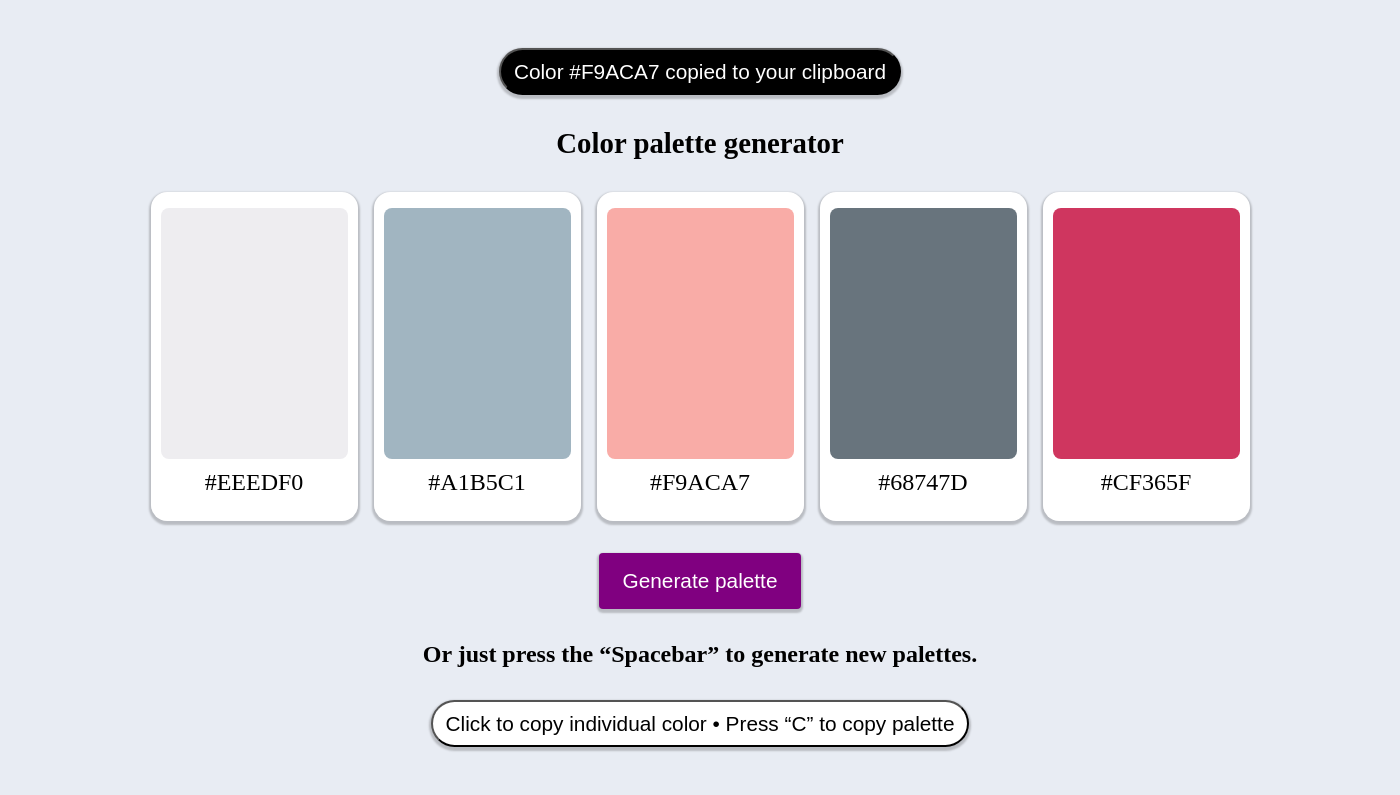
Repository: Hcmwebs/Color-Palette-Generator
Page: index.html
The author's editor kept a copy of each file at every save. The page is drawn from the files as they stood at one save, then again after the next save.
The browser window is 1280 px wide. The page is 1400 px wide, so the pictures cover 1400 px, including what lies to the right of the window. The pictures show the whole page.

Above is the page before, as saved 2020-08-09 00:44:05.

After the next save:
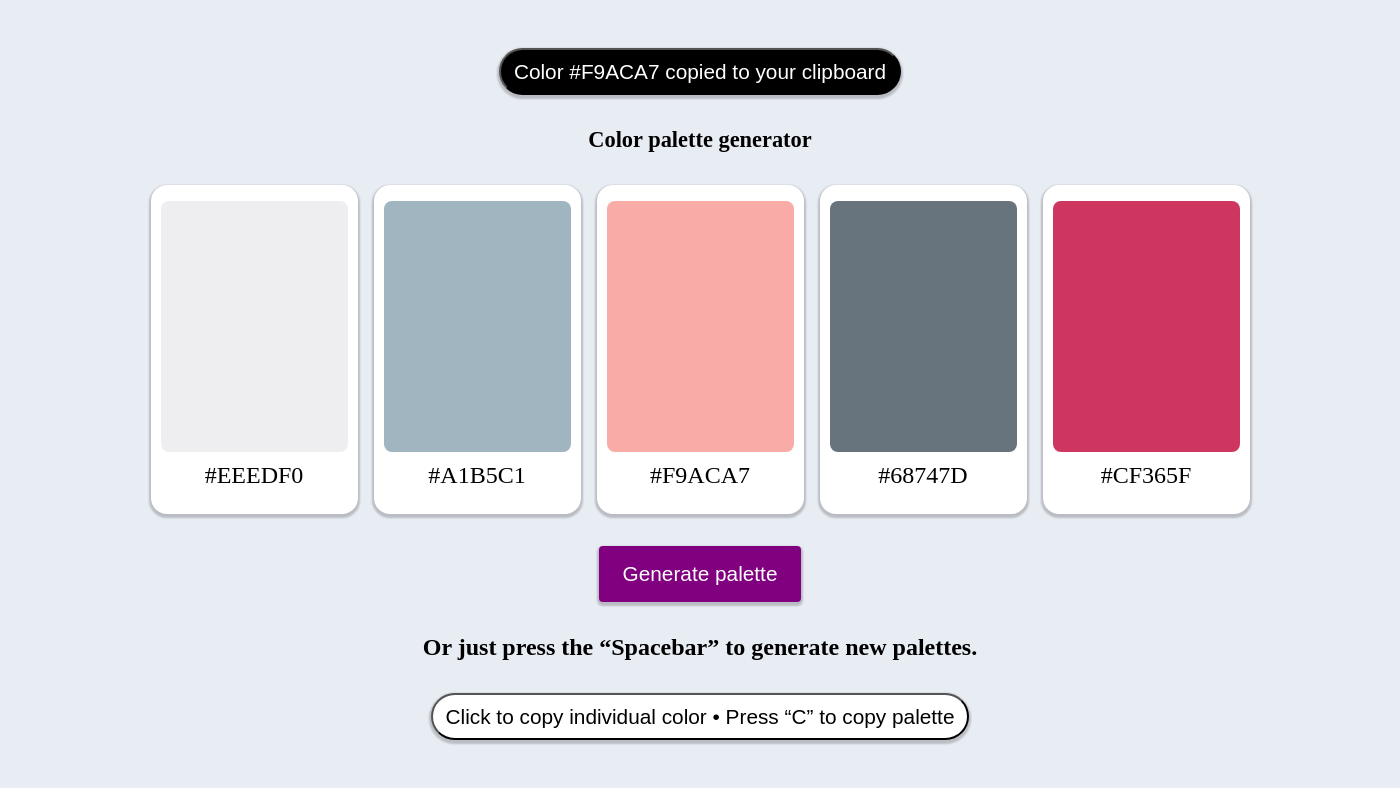
Saved 58 s later.
--- a/styles.css
+++ b/styles.css
@@ -20,7 +20,7 @@ h3 {
   text-align: center;
 }
 h2 {
-  font-size: 1.8rem;
+  font-size: 1.4rem;
 }
 
 h3 {
